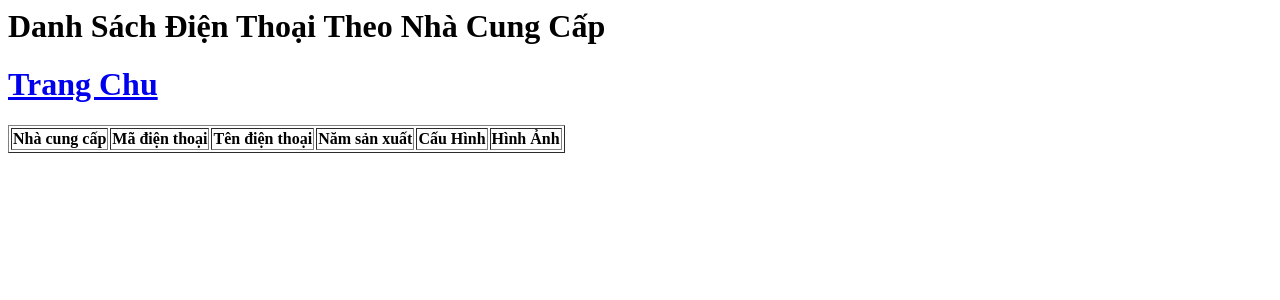
Repository: ducvu2414/WWW_OnGK
Page: http://localhost/Bai1/DanhSachDienThoaiNCC
These files come from the project's save history. The page is drawn as it stood at one moment and after the next save; the edit follows.
The browser window is 1280 px wide. The pictures show the whole page.
The page is served by Tomcat 10. Queries for data that is not in the repository find no rows.

Above is the page before, as saved 2024-10-05 05:42:32.

After the next save:
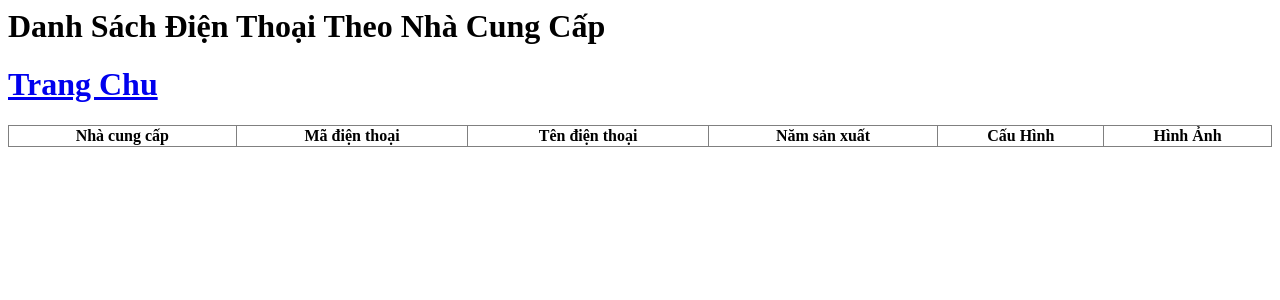
Saved 10 s later.
--- a/Bai1/src/main/webapp/DanhSachDienThoaiNCC.jsp
+++ b/Bai1/src/main/webapp/DanhSachDienThoaiNCC.jsp
@@ -7,6 +7,12 @@
 <html>
 <head>
 <title>Danh Sách Điện Thoại Nhà Cung Cấp</title>
+<style type="text/css">
+table {
+	border-collapse: collapse;
+	width: 100%;
+}
+</style>
 </head>
 <body>
 	<div>
